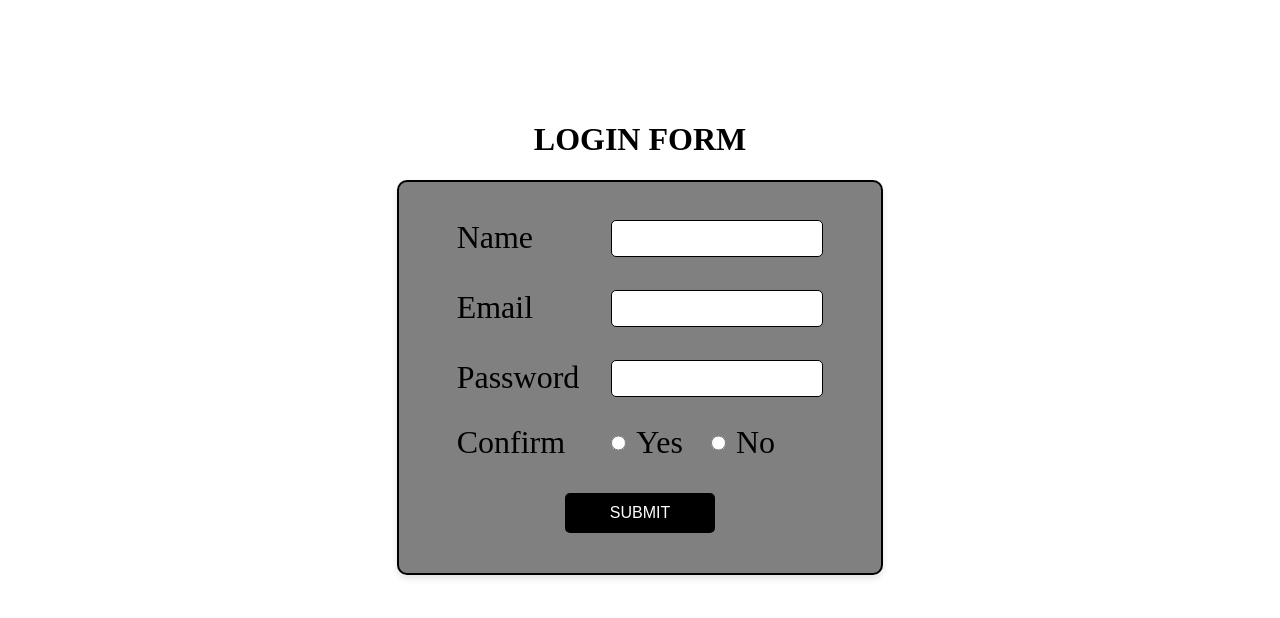
Repository: obusakthi539/Loginform
Page: Form.html
An editor plug-in stored every save of this project. The page is shown before and after the next save, followed by the edit.
The browser window is 1280 px wide. The pictures show the whole page.

Above is the page before, as saved 2025-01-11 14:33:44.

### Form.html
<!DOCTYPE html>
<html lang="en">
<head>
    <meta charset="UTF-8">
    <meta name="viewport" content="width=device-width, initial-scale=1.0">
    <title>Document</title>
    <style>
        body {
            display: flex;
            flex-direction: column;
            align-items: center;
            justify-content: center;
            margin-top: 100px;
        }
        .a {
            background-color: gray;
            font-size: xx-large;
            width: 35%;
            display: flex;
            flex-direction: column;
            padding: 20px;
            border: 2px solid black;
            border-radius: 10px;
            box-shadow: 0px 4px 6px rgba(0, 0, 0, 0.1);
        }
        .a input {
            width: 200px;
            height: 25px;
            margin: 5px 0;
            border: 1px solid black;
            border-radius: 5px;
            padding: 5px;
        }
        #i {
            width: 15px;
            height: 20px;
            margin-right: 10px;
        }
        button {
            display: block;
            margin: 20px auto;
            width: 150px;
            height: 40px;
            background-color: black;
            color: white;
            border: none;
            border-radius: 5px;
            cursor: pointer;
            font-size: medium;
        }
        button:hover {
            background-color: darkgray;
        }
        table {
            margin: 0 auto;
        }
        table td {
            padding: 10px 15px; /* Add padding for spacing */
        }
    </style>
</head>
<body>
    <h1>LOGIN FORM</h1>
    <div class="a">
        <form action="">
            <table>
                <tr>
                    <td><label for="">Name</label></td>
                    <td><input type="text"></td>
                </tr>
                <tr>
                    <td><label for="">Email</label></td>
                    <td><input type="email"></td>
                </tr>
                <tr>
                    <td><label for="">Password</label></td>
                    <td><input type="password"></td>
                </tr>
                <tr>
                    <td><label for="">Confirm</label></td>
                    <td>
                        <input type="radio" name="a" id="i">Yes
                        <input type="radio" name="a" id="i" style="margin-left: 20px;">No
                    </td>
                </tr>
            </table>
            <button type="submit">SUBMIT</button>
        </form>
    </div>
</body>
</html>

After the next save:
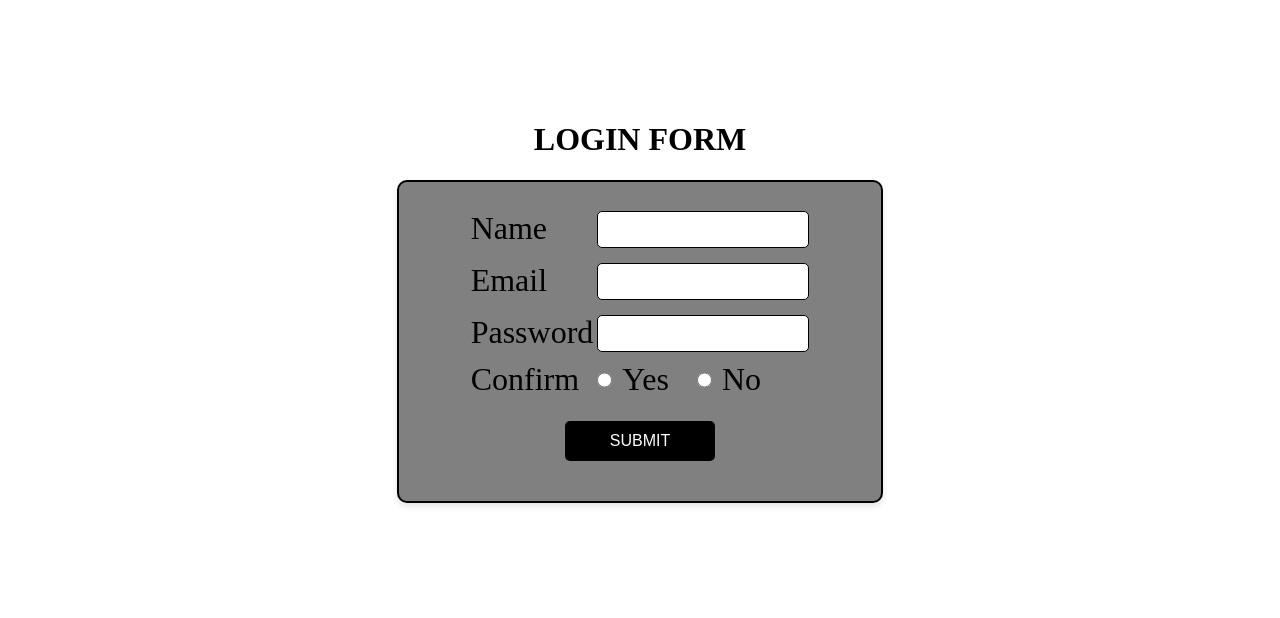
Saved 18 s later.
--- a/Form.html
+++ b/Form.html
@@ -54,9 +54,7 @@
         table {
             margin: 0 auto;
         }
-        table td {
-            padding: 10px 15px; /* Add padding for spacing */
-        }
+
     </style>
 </head>
 <body>

After the save that followed:
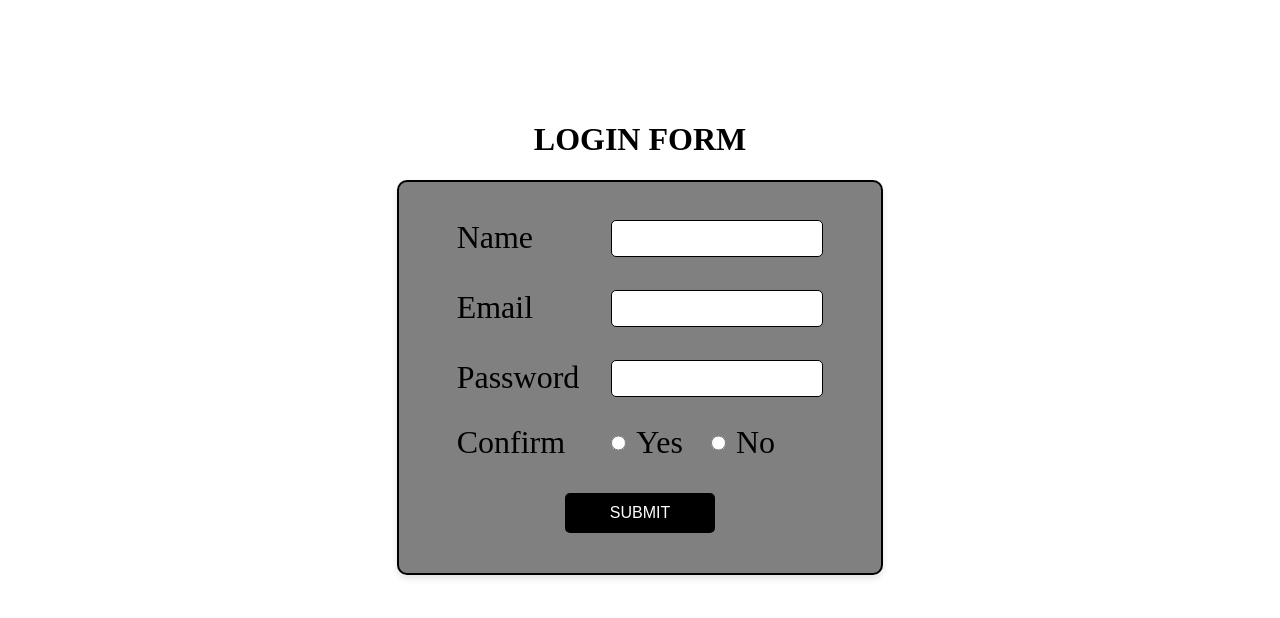
Saved 6 s later.
--- a/Form.html
+++ b/Form.html
@@ -54,7 +54,9 @@
         table {
             margin: 0 auto;
         }
-
+        table td {
+            padding: 10px 15px; /* Add padding for spacing */
+        }
     </style>
 </head>
 <body>
